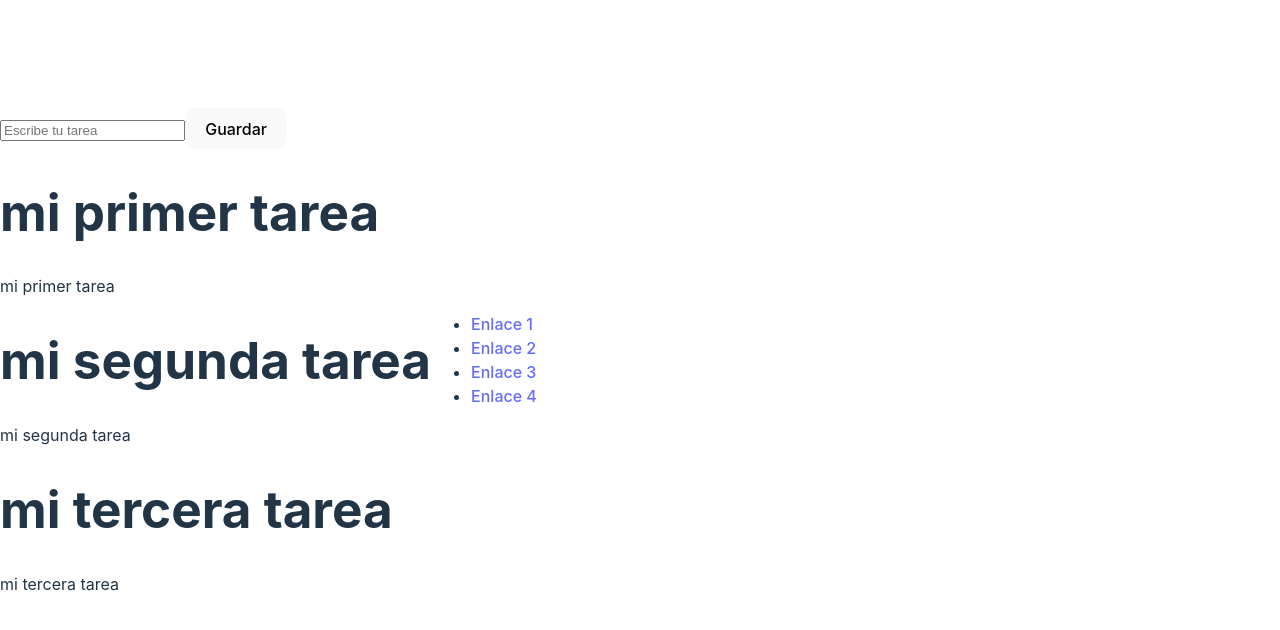
Repository: Ciromontes/AgendaTuTarea
Page: /
An editor plug-in stored every save of this project. The page is shown before and after the next save, followed by the edit.
The browser window is 1280 px wide. The pictures show the whole page.
The project was rebuilt for these pictures with package versions that can differ from the ones it lists, and the page was loaded fresh each time. Also part of the build but not shown: vite.config.js.

Above is the page before, as saved 2023-09-18 13:09:15.

### index.html
<!doctype html>
<html lang="en">
  <head>
    <meta charset="UTF-8" />
    <link rel="icon" type="image/svg+xml" href="/vite.svg" />
    <meta name="viewport" content="width=device-width, initial-scale=1.0" />
    <title>Vite + React</title>
  </head>
  <body>
    <div id="root"></div>

    <ul>
      <li><a href="">Enlace 1</a></li>
      <li><a href="">Enlace 2</a></li>
      <li><a href="">Enlace 3</a></li>
      <li><a href="">Enlace 4</a></li>
    </ul>
    <script type="module" src="/src/main.jsx"></script>
  </body>
</html>

### src/App.jsx
import TaskList from './TaskList'
import TaskForm from './TaskForm'

function HolaMundo() {
  return (
    <>
      <TaskForm/>
      <TaskList/>
    </>
  )
}

export default HolaMundo

### src/TaskList.jsx
import {tasks as data} from './tasks'
import { useState, useEffect } from 'react'


function TaskList() {
    const[tasks, setTasks]= useState([]);

    useEffect(() =>{
        setTasks(data)
    },[])

    if (tasks.length === 0){
        return <h1>Noy hay tareas aún</h1>
       }


  return (
    <div>
      {tasks.map((task) => (
        <div key={task.id}>
            <h1>{task.title}</h1>
            <p>{task.description}</p>
        </div>
      ))}
    </div>
  );
}

export default TaskList

### src/TaskForm.jsx


function TaskForm() {
  return (
        <form>
            <input placeholder="Escribe tu tarea"/>
            <button>
                Guardar
            </button>
        </form>


  )
}

export default TaskForm

### src/tasks.js
export const tasks = [
    {
        id: 0,
        title: 'mi primer tarea',
        description: "mi primer tarea",

    },
    {
        id: 1,
        title: 'mi segunda tarea',
        description: "mi segunda tarea",

    }, {
        id: 2,
        title: 'mi tercera tarea',
        description: "mi tercera tarea",

    }
];

Loaded but not shown: src/main.jsx (common file); src/index.css (common file)

After the next save:
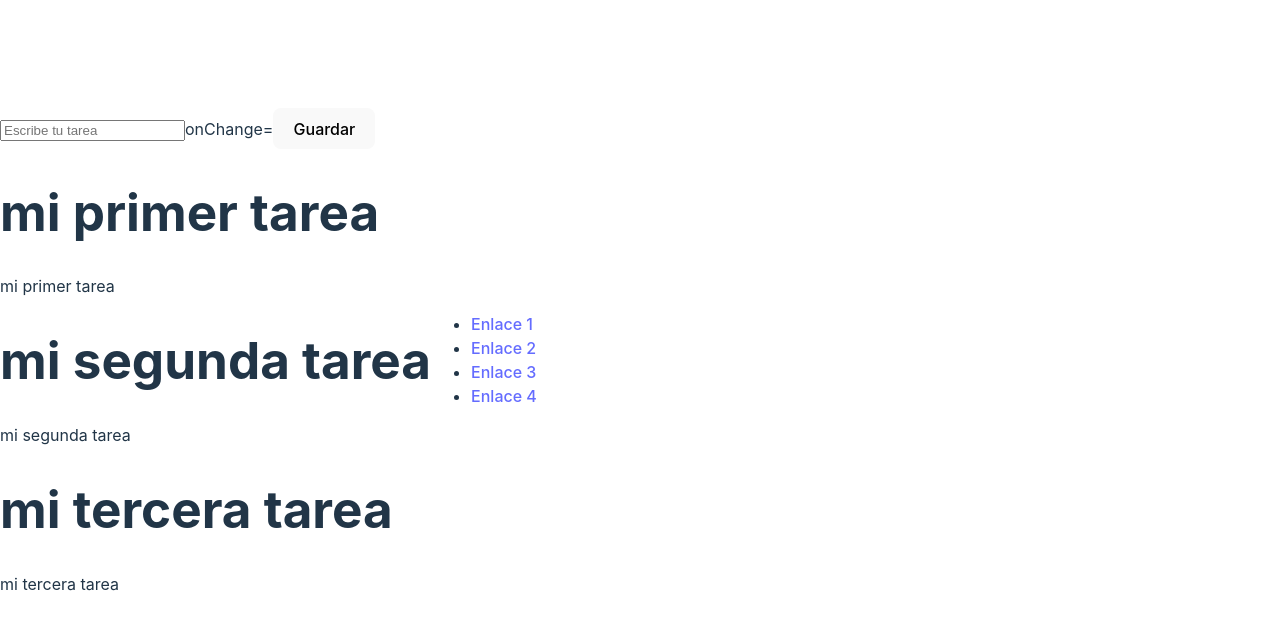
Saved 3 min 37 s later.
--- a/src/TaskForm.jsx
+++ b/src/TaskForm.jsx
@@ -4,6 +4,7 @@
   return (
         <form>
             <input placeholder="Escribe tu tarea"/>
+            onChange={function(e) {console.log(e.target.value)}}
             <button>
                 Guardar
             </button>

After the save that followed:
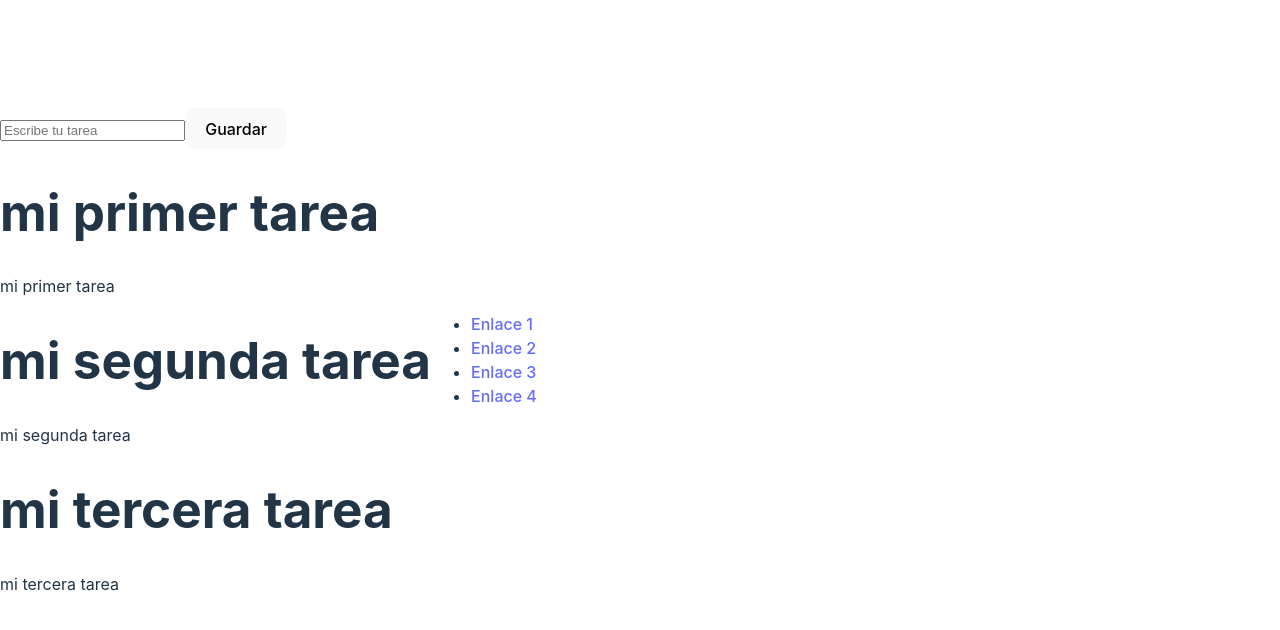
Saved 104 s later.
--- a/src/TaskForm.jsx
+++ b/src/TaskForm.jsx
@@ -3,8 +3,9 @@
 function TaskForm() {
   return (
         <form>
-            <input placeholder="Escribe tu tarea"/>
+            <input placeholder="Escribe tu tarea"
             onChange={function(e) {console.log(e.target.value)}}
+            />
             <button>
                 Guardar
             </button>
